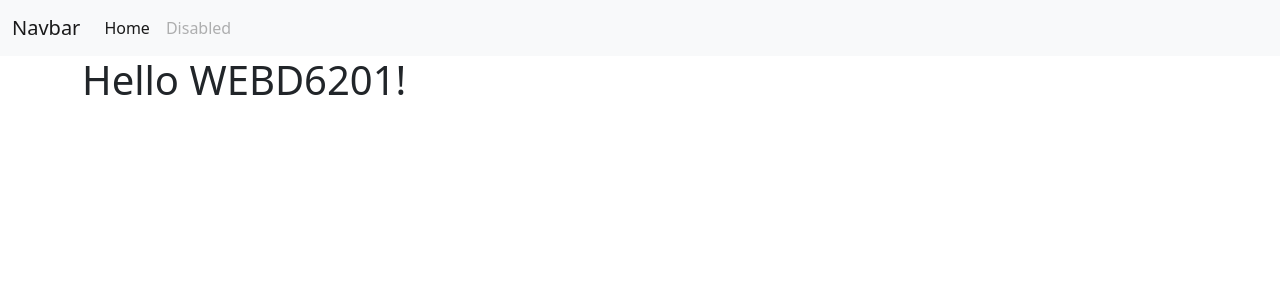
Repository: GarlicButterBoy/WEBD6201-Week1
Page: index.html
The author's editor kept a copy of each file at every save. The page is drawn from the files as they stood at one save, then again after the next save.
The browser window is 1280 px wide. The pictures show the whole page.

Above is the page before, as saved 2021-01-14 09:22:46.

After the next save:
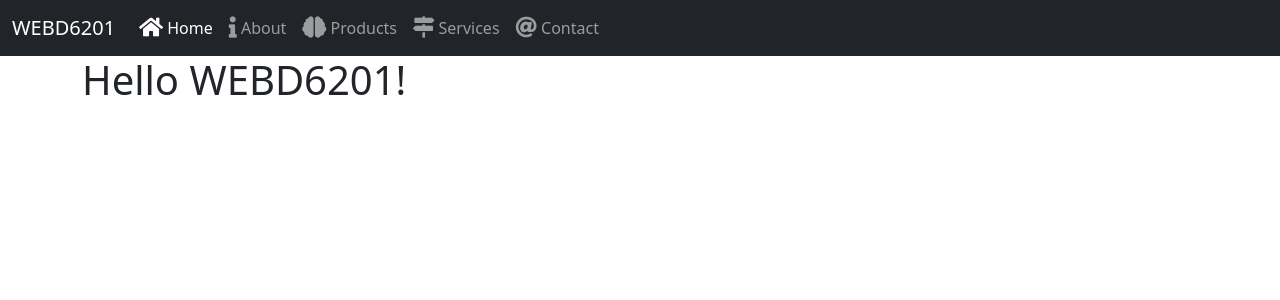
Saved 13 min 20 s later.
--- a/index.html
+++ b/index.html
@@ -12,24 +12,48 @@
 
 </head>
 <body>
-    <nav class="navbar navbar-expand-lg navbar-light bg-light">
-        <div class="container-fluid">
-          <a class="navbar-brand" href="#">Navbar</a>
-          <button class="navbar-toggler" type="button" data-bs-toggle="collapse" data-bs-target="#navbarNav" aria-controls="navbarNav" aria-expanded="false" aria-label="Toggle navigation">
-            <span class="navbar-toggler-icon"></span>
-          </button>
-          <div class="collapse navbar-collapse" id="navbarNav">
-            <ul class="navbar-nav">
-              <li class="nav-item">
-                <a class="nav-link active" aria-current="page" href="#">Home</a>
-              </li>
-              <li class="nav-item">
-                <a class="nav-link disabled" href="#" tabindex="-1" aria-disabled="true">Disabled</a>
-              </li>
-            </ul>
-          </div>
-        </div>
-      </nav>
+       <!-- Main Nav -->
+
+       <header>
+        <nav class="navbar navbar-expand-lg navbar-dark bg-dark">
+            <div class="container-fluid">
+              <a class="navbar-brand" href="#">WEBD6201</a>
+              <button class="navbar-toggler" type="button" data-bs-toggle="collapse" data-bs-target="#navbarSupportedContent" aria-controls="navbarSupportedContent" aria-expanded="false" aria-label="Toggle navigation">
+                <span class="navbar-toggler-icon"></span>
+              </button>
+              <div class="collapse navbar-collapse" id="navbarSupportedContent">
+                <ul class="navbar-nav ml-auto mb-2 mb-lg-0">
+
+                  <li class="nav-item">
+                    <a class="nav-link active" aria-current="page" href="#">
+                        <i class="fas fa-home fa-lg"></i> Home</a>
+                  </li>
+
+                  <li class="nav-item">
+                    <a class="nav-link" aria-current="page" href="#">
+                        <i class="fas fa-info fa-lg"></i> About</a>
+                  </li>
+
+                  <li class="nav-item">
+                    <a class="nav-link" aria-current="page" href="#">
+                        <i class="fas fa-brain fa-lg"></i> Products</a>
+                  </li>
+
+                  <li class="nav-item">
+                    <a class="nav-link" aria-current="page" href="#">
+                        <i class="fas fa-map-signs fa-lg"></i> Services</a>
+                  </li>
+
+                  <li class="nav-item">
+                    <a class="nav-link" aria-current="page" href="#">
+                        <i class="fas fa-at fa-lg"></i> Contact</a>
+                  </li>
+
+                </ul>
+              </div>
+            </div>
+          </nav>
+    </header>
 
     <div class="container">
         <h1>Hello WEBD6201!</h1>
